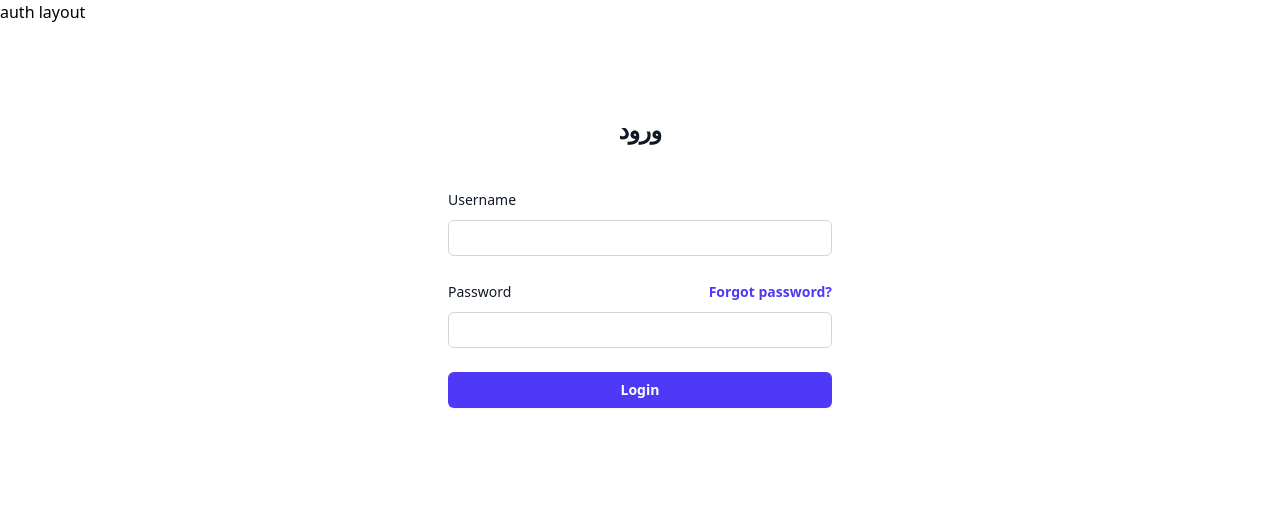
Repository: fuad303/karokhy-frontend
Page: /login
An editor plug-in stored every save of this project. The page is shown before and after the next save, followed by the edit.
The browser window is 1280 px wide. The pictures show the whole page.
The project was rebuilt for these pictures with package versions that can differ from the ones it lists, and the page was loaded fresh each time. Also part of the build but not shown: vite.config.ts, src/layouts/MainLayout.tsx, src/pages/Home.tsx.

Above is the page before, as saved 2025-12-08 12:33:30.

After the next save:
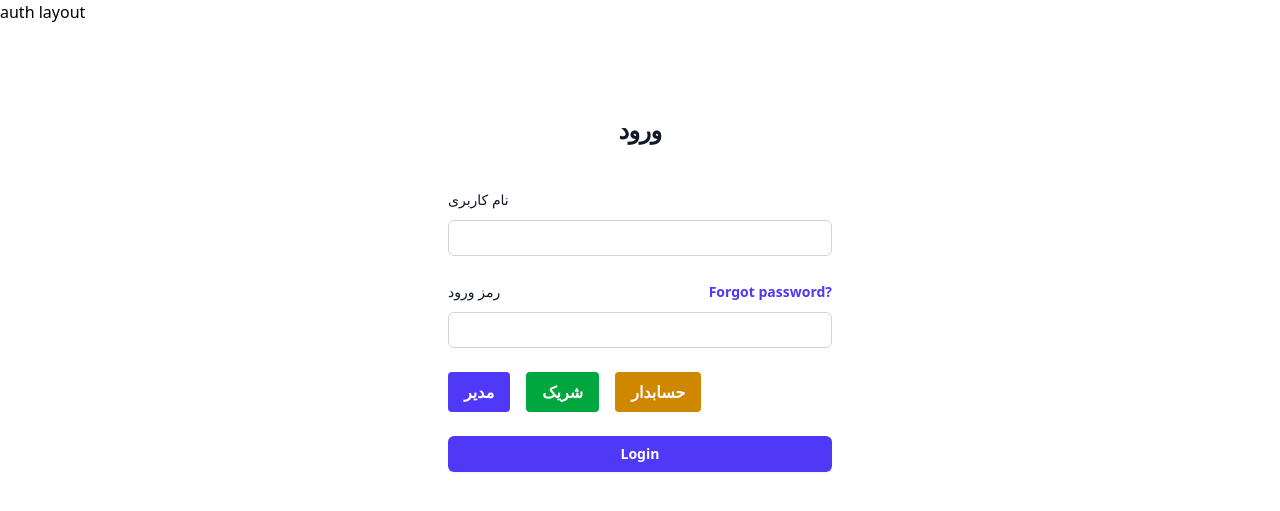
Saved 2 min 46 s later.
--- a/src/components/LoginPage.tsx
+++ b/src/components/LoginPage.tsx
@@ -17,7 +17,7 @@ function LoginPage() {
                 for="username"
                 class="block text-sm/6 font-medium text-gray-900 dark:text-gray-100"
               >
-                Username
+                نام کاربری
               </label>
               <div className="mt-2">
                 <input
@@ -37,7 +37,7 @@ function LoginPage() {
                   for="password"
                   class="block text-sm/6 font-medium text-gray-900 dark:text-gray-100"
                 >
-                  Password
+                  رمز ورود
                 </label>
                 <div className="text-sm">
                   <a
@@ -59,6 +59,28 @@ function LoginPage() {
                 />
               </div>
             </div>
+            <div className="flex gap-4 mt-4">
+              <button
+                type="button"
+                className="px-4 py-2 bg-indigo-600 text-white font-semibold rounded hover:bg-indigo-500 focus:outline-none focus:ring-2 focus:ring-indigo-400"
+              >
+                مدیر
+              </button>
+
+              <button
+                type="button"
+                className="px-4 py-2 bg-green-600 text-white font-semibold rounded hover:bg-green-500 focus:outline-none focus:ring-2 focus:ring-green-400"
+              >
+                شریک
+              </button>
+
+              <button
+                type="button"
+                className="px-4 py-2 bg-yellow-600 text-white font-semibold rounded hover:bg-yellow-500 focus:outline-none focus:ring-2 focus:ring-yellow-400"
+              >
+                حسابدار
+              </button>
+            </div>
 
             <div>
               <button
